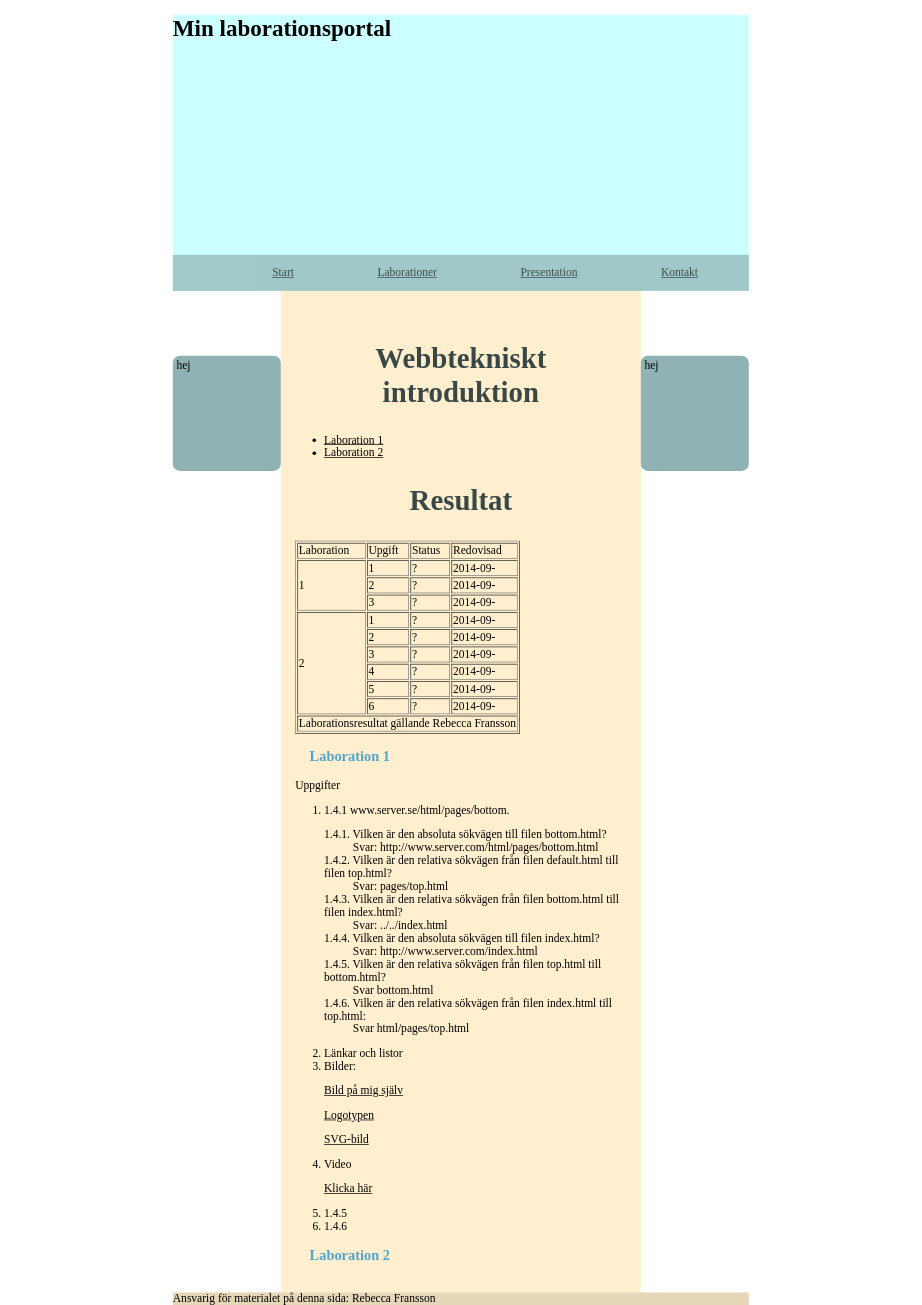
Repository: RebeccaFransson/Interfacedevelopment-1IK415
Page: pages/laborationer.html
The author's editor kept a record of every edit. The page is drawn from the files as they stood at one moment, then again after the next edit.
The browser window is 1280 px wide. The pictures show the whole page, at 72% of full size.

Above is the page before.

After the next edit:
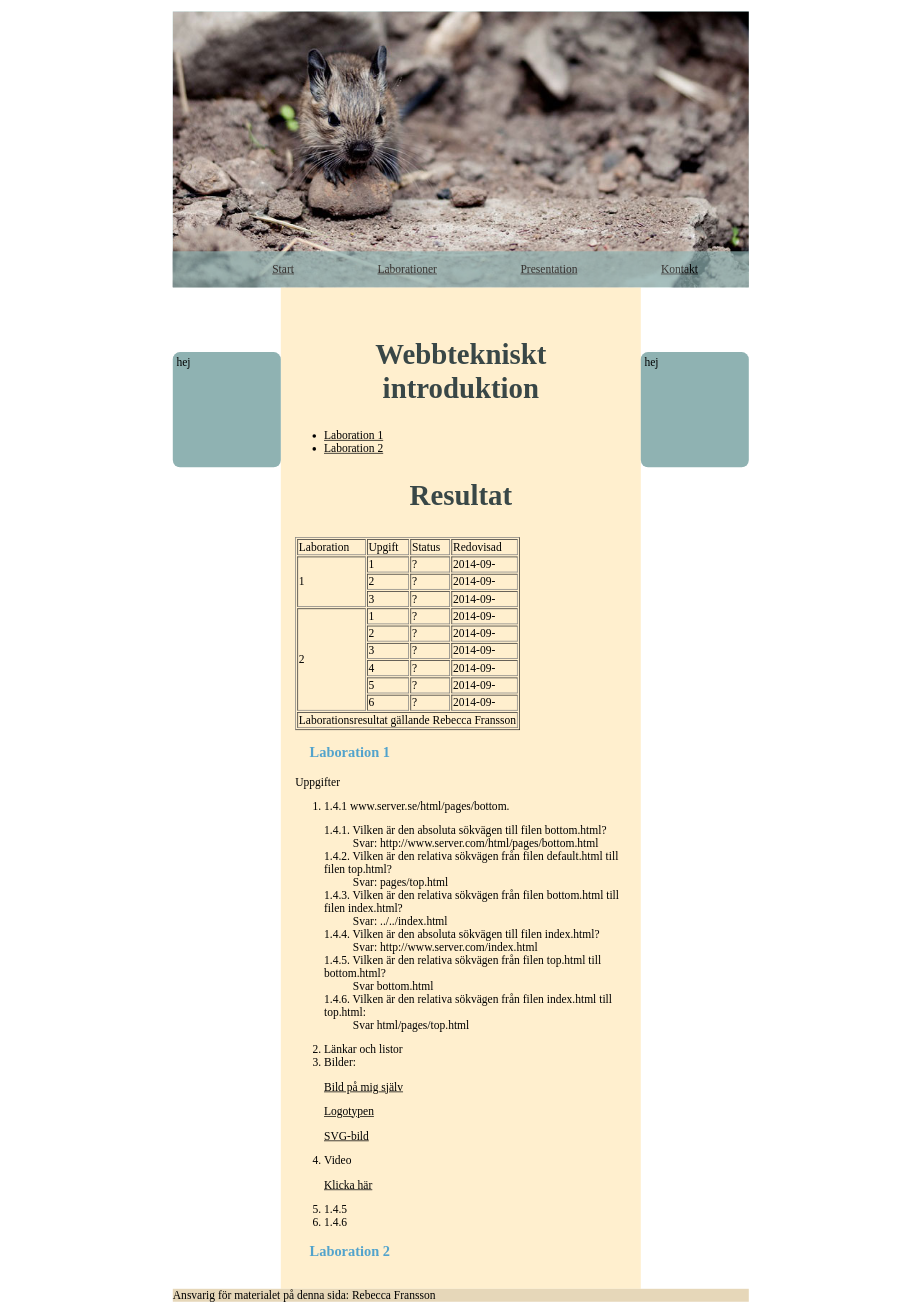
The edit:
--- a/pages/laborationer.html
+++ b/pages/laborationer.html
@@ -8,7 +8,7 @@
     <body>
 
     <div id="header">
-        <h1>Min laborationsportal</h1>
+        <p><img src="../Pictures/header.jpg" width="800" height="383" alt=""></p>
     </div>
 
     <div id="meny">
